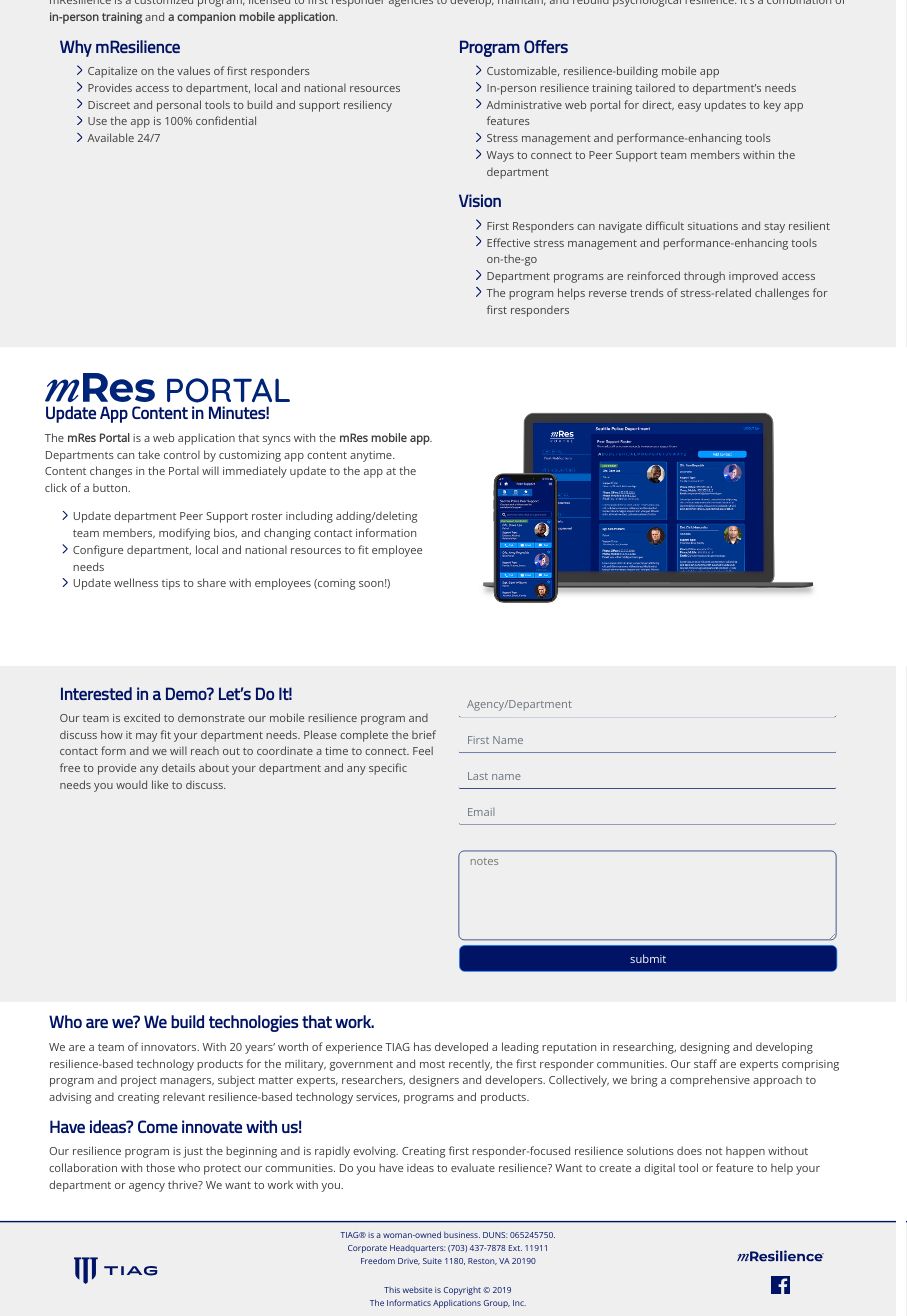
Repository: shenjune/mResilienceWebsite
Page: index.html
The author's editor kept a copy of each file at every save. The page is drawn from the files as they stood at one save, then again after the next save.
The browser window is 1280 px wide. The page is 1295 px wide, so the pictures cover 1295 px, including what lies to the right of the window. The pictures show the part of the page from y = 1333 to 3213 px (the page is 3213 px tall before and 3210 px after), at 70% of full size.
Some web libraries are served in a nearby version.

Above is the page before, as saved 2019-11-09 13:05:32.

After the next save:
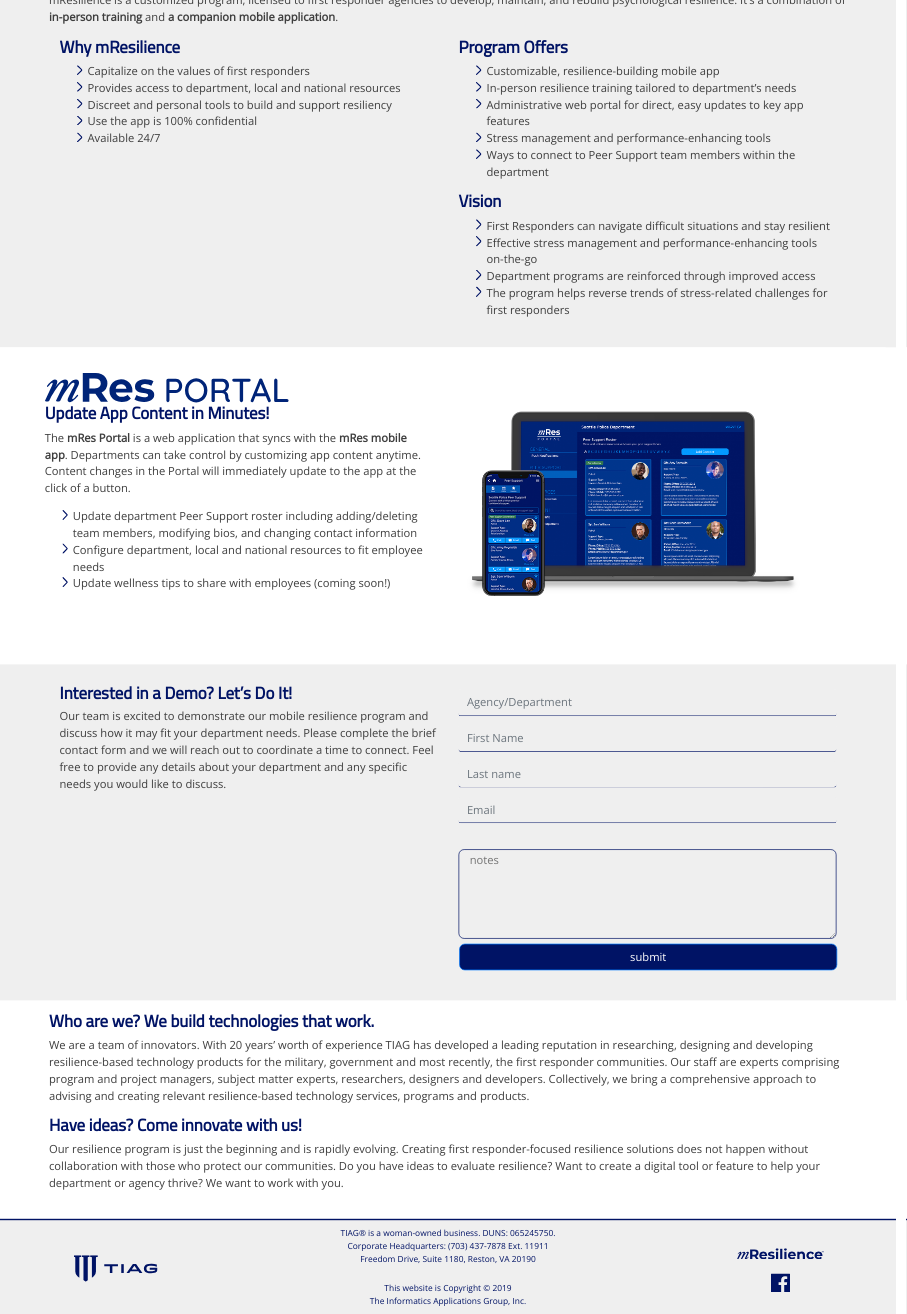
Saved 38 s later.
--- a/index.html
+++ b/index.html
@@ -212,25 +212,23 @@
 	</div>
 
 	<!-- 04 PORTAL DIV -->
-	<div id= "portal-div">
-		<div class="row">
+	<div id= "portal-div" class="row">
 		<!-- div for the portal text -->
-			<div class="col-lg-6 ml-auto col-sm-12">
-				<img id="portallogo" src="Assets/Images/portallogo2.svg" alt="mResLogo">
-				<h4 class= "secondFont">Update App Content in Minutes!</h4>
-				<p>The <strong>mRes Portal</strong> is a web application that syncs with the <strong>mRes mobile app</strong>. Departments can take control by customizing app content anytime. Content changes in the Portal will immediately update to the app at the click of a button.</p>
-
-				<ul class="arrow">
-					<li>Update department Peer Support roster including adding/deleting team members, modifying bios, and changing contact information</li>
-					<li>Configure department, local and national resources to fit employee needs</li>
-					<li>Update wellness tips to share with employees (coming soon!)</li>
-				</ul>
-			</div>
-
-		<!-- div for the Feature images -->
-			<div class="col-lg-6 col-sm-12" style = "text-align: center">
-				<img id= 'portalImg' src="Assets/Images/portal.png" alt="portalImg">
-			</div>
+		<div class="col-lg-6 ml-auto col-sm-12">
+			<img id="portallogo" src="Assets/Images/portallogo2.svg" alt="mResLogo">
+			<h4 class= "secondFont">Update App Content in Minutes!</h4>
+			<p>The <strong>mRes Portal</strong> is a web application that syncs with the <strong>mRes mobile app</strong>. Departments can take control by customizing app content anytime. Content changes in the Portal will immediately update to the app at the click of a button.</p>
+
+			<ul class="arrow">
+				<li>Update department Peer Support roster including adding/deleting team members, modifying bios, and changing contact information</li>
+				<li>Configure department, local and national resources to fit employee needs</li>
+				<li>Update wellness tips to share with employees (coming soon!)</li>
+			</ul>
+		</div>
+
+	<!-- div for the Feature images -->
+		<div class="col-lg-6 col-sm-12" style = "text-align: center">
+			<img id= 'portalImg' src="Assets/Images/portal.png" alt="portalImg">
 		</div>
 	</div>
 
